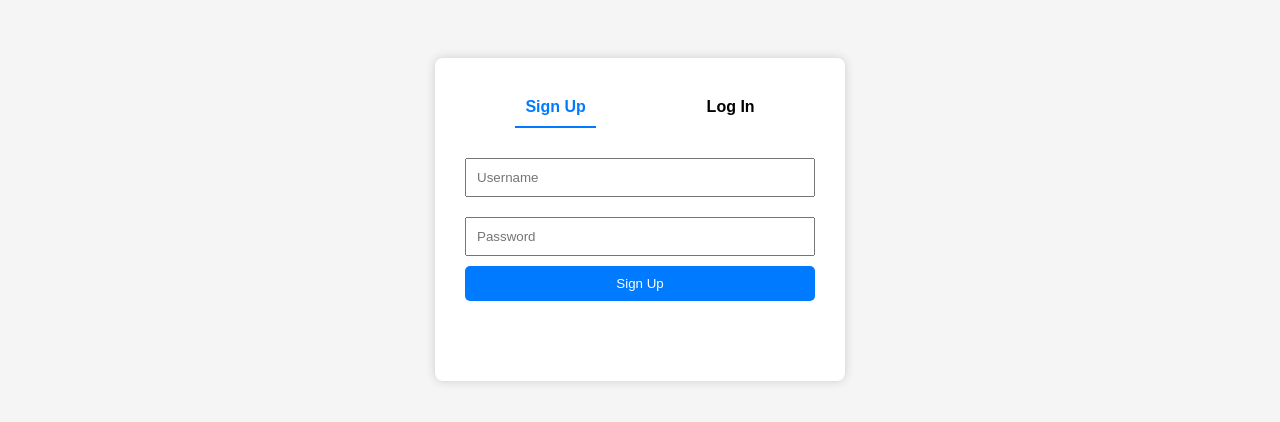
Repository: BanavasiPrakash/radminnetworkping
Page: src/main/resources/static/auth.html
These files come from the project's save history. The page is drawn as it stood at one moment and after the next save; the edit follows.
The browser window is 1280 px wide. The pictures show the whole page.

Above is the page before, as saved 2025-08-22 11:13:15.

After the next save:
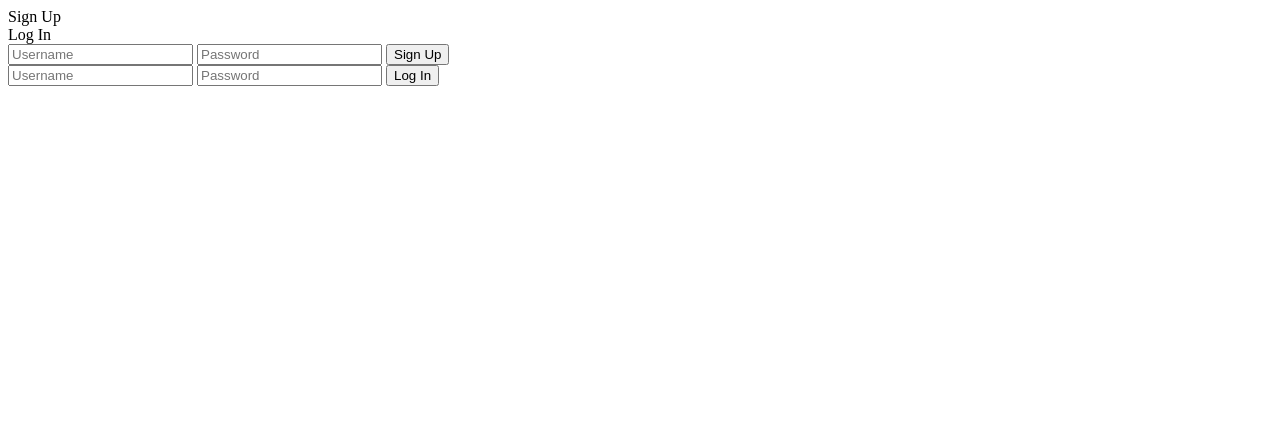
Saved 26 s later.
--- a/src/main/resources/static/auth.html
+++ b/src/main/resources/static/auth.html
@@ -2,23 +2,7 @@
 <html>
 <head>
   <title>Signup & Login</title>
-  <style>
-    /* Your existing CSS unchanged */
-    body { font-family: Arial, sans-serif; background: #f5f5f5; display: flex; justify-content: center; padding-top: 50px; }
-    .container { background: white; padding: 30px; box-shadow: 0 0 10px #ccc; width: 350px; border-radius: 8px; }
-    h2 { text-align: center; margin-bottom: 20px; }
-    form { display: none; }
-    form.active { display: block; }
-    input { width: 100%; padding: 10px; margin: 10px 0; box-sizing: border-box; }
-    button { width: 100%; padding: 10px; background: #007bff; color: white; border: none; border-radius: 5px; cursor: pointer; }
-    button:hover { background: #0056b3; }
-    .tabs { display: flex; justify-content: space-around; margin-bottom: 20px; }
-    .tab { cursor: pointer; padding: 10px; border-bottom: 2px solid transparent; font-weight: bold; }
-    .tab.active { border-color: #007bff; color: #007bff; }
-    .message { margin: 15px 0; padding: 10px; border-radius: 5px; }
-    .success { background-color: #d4edda; color: #155724; }
-    .error { background-color: #f8d7da; color: #721c24; }
-  </style>
+
 </head>
 <body>
   <div class="container">
